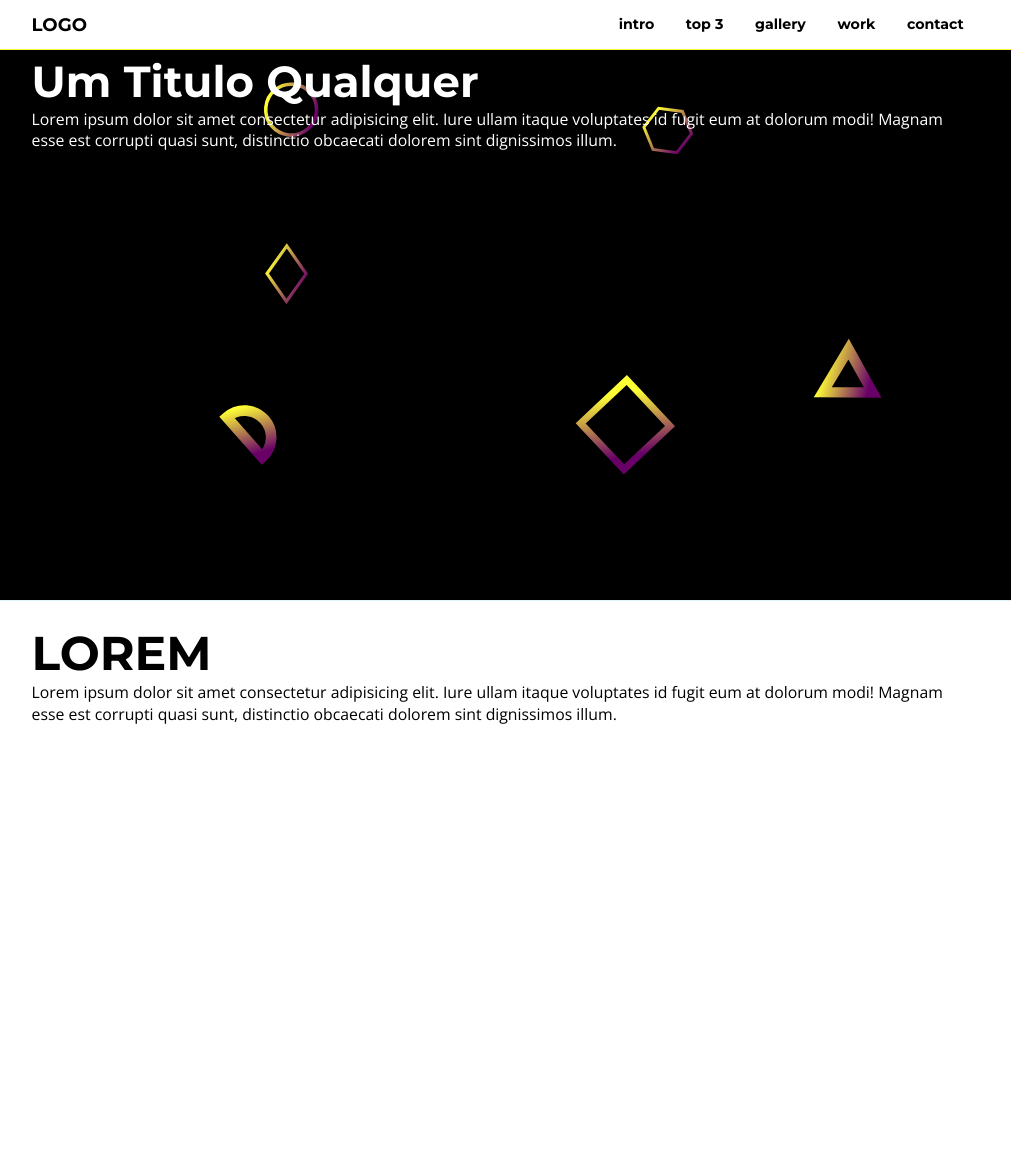
Repository: danilodscosta/CursoHTML
Page: aula1/index.html
These files come from the project's save history. The page is drawn as it stood at one moment and after the next save; the edit follows.
The browser window is 1280 px wide. The pictures show the whole page, at 79% of full size.

Above is the page before, as saved 2024-01-29 16:49:51.

### aula1/index.html
<!DOCTYPE html>
<html lang="pt-BR">

<head>
    <meta charset="utf-8">
    <meta name="viewport" content="width=device-width, inital-scale=1.0">
    <title>Landing Page</title>

    <link rel="stylesheet" href="assets/css/variables.css">
    <link rel="stylesheet" href="assets/css/elements.css">
    <link rel="stylesheet" href="assets/css/classes.css">
    <link rel="stylesheet" href="assets/css/menu.css">
    <link rel="stylesheet" href="assets/css/style.css">

    <link rel="preconnect" href="https://fonts.googleapis.com">
    <link rel="preconnect" href="https://fonts.gstatic.com" crossorigin>
    <link href="https://fonts.googleapis.com/css2?family=Montserrat:ital,wght@0,900;1,900&display=swap" rel="stylesheet">
    <link href="https://fonts.googleapis.com/css2?family=Montserrat:ital,wght@0,100..900;1,100..900&family=Open+Sans:ital,wght@0,300..800;1,300..800&display=swap" rel="stylesheet">

</head>



<body>
    <aside class="menu white-bg">
        <div class="main-content menu-content">
        <h1>
            <a href="#">LOGO</a>
        </h1>

            <nav>
                <ul>
                    <li><a href="#">intro</a></li>
                    <li><a href="#">top 3</a></li>
                    <li><a href="#">gallery</a></li>
                    <li><a href="#">work</a></li>
                    <li><a href="#">contact</a></li>
                </ul>
            </nav>
        </div>
    </aside>

    <div class="menu-spacing"></div>

    <section class="main-bg section">
        <div class="main-content">
            <h2>Um Titulo Qualquer</h2>
            <p>Lorem ipsum dolor sit amet consectetur adipisicing elit. Iure ullam itaque voluptates id fugit eum at dolorum modi! Magnam esse est corrupti quasi sunt, distinctio obcaecati dolorem sint dignissimos illum.</p>
        </div>
    </section>

    <section class="white-bg section">
        <div class="main-content">
            <h1>Lorem</h1>
            <p>Lorem ipsum dolor sit amet consectetur adipisicing elit. Iure ullam itaque voluptates id fugit eum at dolorum modi! Magnam esse est corrupti quasi sunt, distinctio obcaecati dolorem sint dignissimos illum.</p>
        </div>
    </section>
</body>

</html>

### aula1/assets/css/variables.css
:root {
    --primary-color: #000000;
    --white-color: #fff;
    --light-gold-color: #ff0;
    --purple-color: #680068;
    --gap: 3rem;
}

### aula1/assets/css/elements.css

* {
    margin: 0;
    padding: 0;
}

html {
    font-size: 62.5%;
}

body {
    font-family: 'Open Sans', sans-serif;
    font-size: 2rem;
    color: var(--primary-color);
    background: powderblue;
}

h1, h2, h3, h4, h5, h6 {
    font-family: 'Montserrat', 'sans-serif';
}

h1 {
    font-size: 6rem;
    text-transform: uppercase;
}

h2 {
    font-size: 5.5rem;
}

h3 {
    font-size: 5rem;
}

h4 {
    font-size: 4.5rem;
}

h5 {
    font-size: 4rem;
}

h6 {
    font-size: 3.5rem;
}

### aula1/assets/css/classes.css
.main-bg {
    background-image: url('../img/main-bg.svg');
    background-size: cover;
    background-position: center center;
    color: var(--white-color);
}

.white-bg {
    background: var(--white-color);
}

.main-content {
    max-width: 120rem;
    margin: 0 auto;
    padding: var(--gap);
}

.section {
    min-height: 100vh;
}

.menu-spacing {
    height: 40px;
}

### aula1/assets/css/menu.css
.menu {
    position: fixed;
    top: 0;
    left: 0;
    right: 0;
    width: 100%;
    border-bottom: 0.1rem solid var(--light-gold-color);
}

.menu-content {
    display: flex;
    justify-content: space-between;
    align-items: center;
    padding-top: 0;
    padding-bottom: 0;
}

.menu ul {
    list-style: none;
    display: flex;
}

.menu h1 {
    font-size: 2.3rem;
    color: var(--primary-color);
}

.menu h1 a {
    color: inherit;
    text-decoration: none;
}

.menu ul li a {
    display: block;
    padding: 2rem;
    font-size: 1.8rem;
    font-family: 'Montserrat', 'sans-serif';
    color: var(--primary-color);
    font-weight: bold;
    text-decoration: none;
    position: relative;
}

.menu ul li a::after {
    content: '';
    position: absolute;
    bottom: 1rem;
    left: 50%;
    width: 0;
    height: 0.2rem;
    background: var(--purple-color);
    transition: all 300ms ease-in-out;
}

.menu ul li a:hover::after {
    width: 50%;
    left: 25%;
}

Loaded but not shown: aula1/assets/css/style.css (no copy from this time; the picture is the same without it)

After the next save:
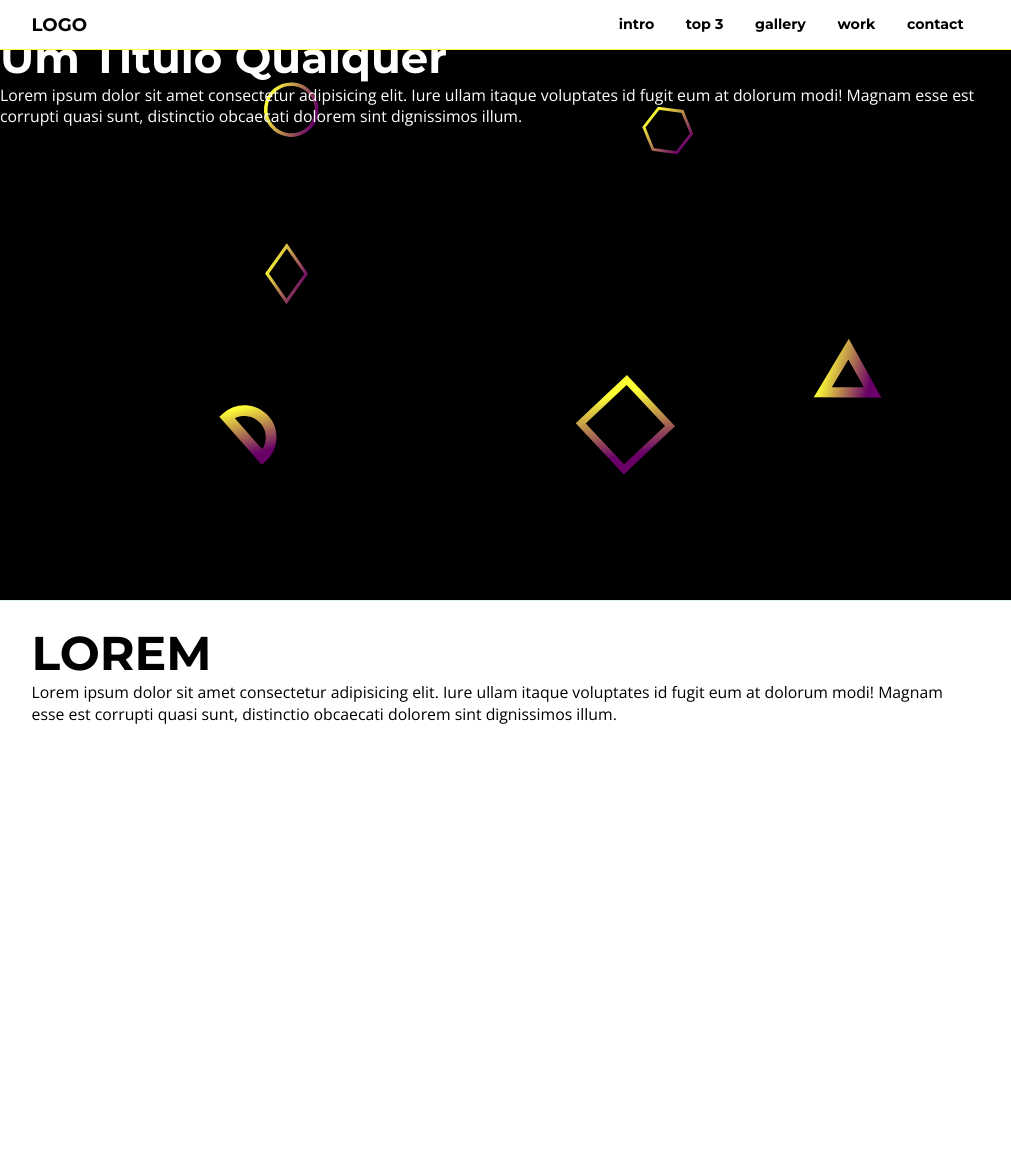
Saved 90 s later.
--- a/aula1/index.html
+++ b/aula1/index.html
@@ -42,8 +42,8 @@
 
     <div class="menu-spacing"></div>
 
-    <section class="main-bg section">
-        <div class="main-content">
+    <section class="intro main-bg section">
+        <div class="intro-text-content">
             <h2>Um Titulo Qualquer</h2>
             <p>Lorem ipsum dolor sit amet consectetur adipisicing elit. Iure ullam itaque voluptates id fugit eum at dolorum modi! Magnam esse est corrupti quasi sunt, distinctio obcaecati dolorem sint dignissimos illum.</p>
         </div>
